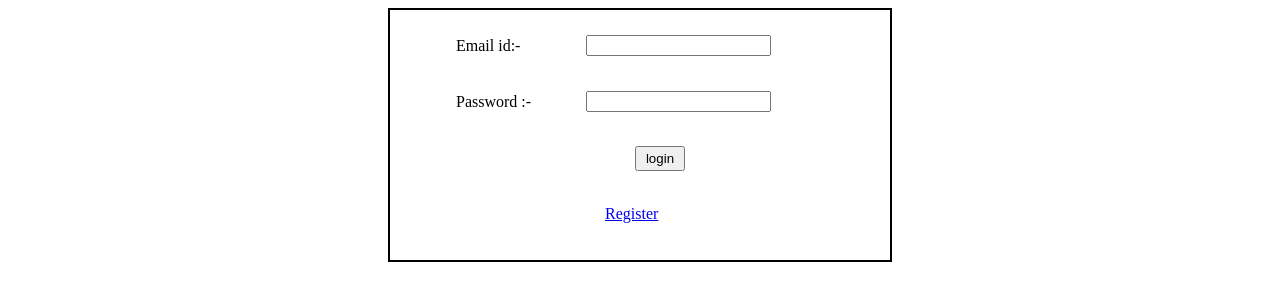
Repository: ShivrajMPujari/ServletApplication
Page: LoginReg/WebContent/index.html
An editor plug-in stored every save of this project. The page is shown before and after the next save, followed by the edit.
The browser window is 1280 px wide. The pictures show the whole page.

Above is the page before, as saved 2018-07-09 06:44:28.

After the next save:
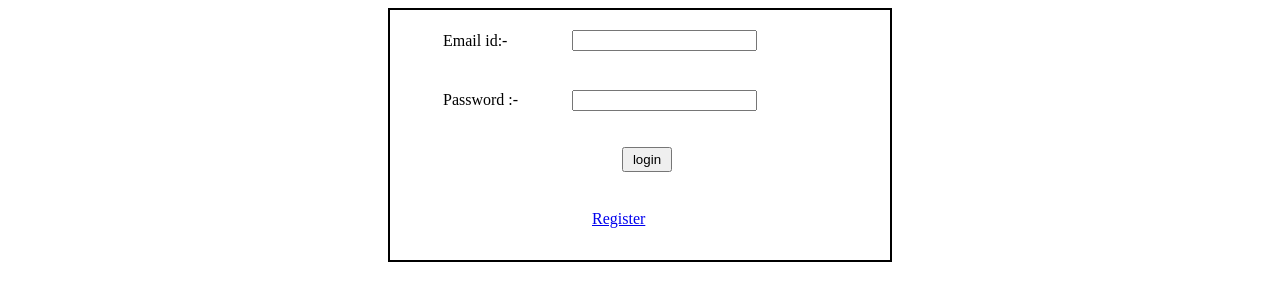
Saved 47 s later.
--- a/LoginReg/WebContent/index.html
+++ b/LoginReg/WebContent/index.html
@@ -9,7 +9,7 @@
 
 <div class="tableDiv">
 <form action="">
-<table class="loginTabel" cellspacing="15">
+<table class="loginTabel" >
 <tr>
 	<td> Email id:- </td> <td> <input type="email" /></td>
 </tr>

After the 2 saves that followed:
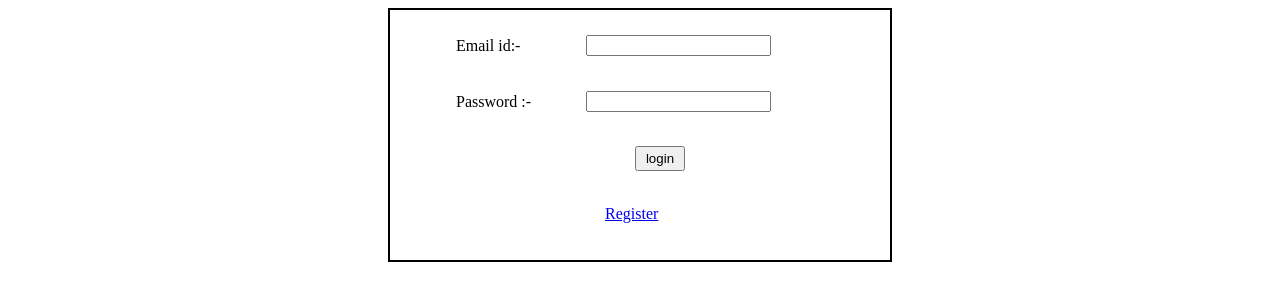
The 2 saves are shown as one change because 1 left the picture as it was.
The last was saved 59 s later.
--- a/LoginReg/WebContent/index.html
+++ b/LoginReg/WebContent/index.html
@@ -9,7 +9,7 @@
 
 <div class="tableDiv">
 <form action="">
-<table class="loginTabel" >
+<table class="loginTabel" cellspacing="15">
 <tr>
 	<td> Email id:- </td> <td> <input type="email" /></td>
 </tr>
--- a/LoginReg/WebContent/index.css
+++ b/LoginReg/WebContent/index.css
@@ -12,6 +12,7 @@
 	width:480px;
 	margin:auto;
 	padding-left: 40px;
+
 }
 tr,td{
 	height: 35px;
